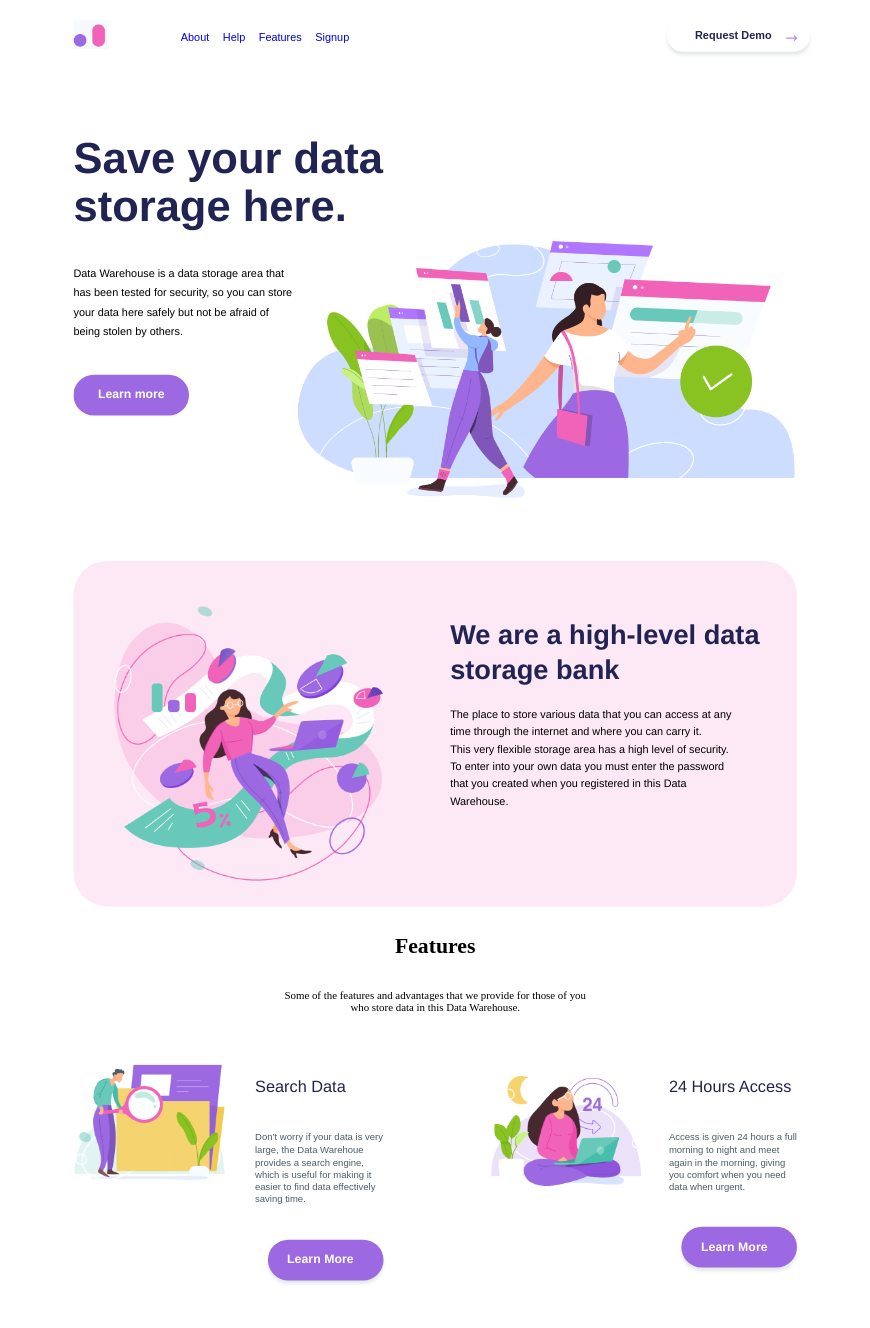
Repository: batonAnton/HW6_flexbox
Page: index.html
These files come from the project's save history. The page is drawn as it stood at one moment and after the next save; the edit follows.
The browser window is 1280 px wide. The pictures show the whole page, at 68% of full size.
Some web fonts or font styles are not loaded; a fallback is used.

Above is the page before, as saved 2022-06-18 13:01:55.

### index.html
<!DOCTYPE html>
<html lang="en">
<head>
    <meta charset="UTF-8">
    <meta http-equiv="X-UA-Compatible" content="IE=edge">
    <meta name="viewport" content="width=device-width, initial-scale=1.0">
    <link href="http://fonts.cdnfonts.com/css/helvetica-neue-9" rel="stylesheet">
    <link rel="stylesheet" href="./fonts/Helvetica-Bold.ttf">
    <link rel="stylesheet" href="./fonts/AvenirLTStd-Black.otf">
    <link rel="stylesheet" href="./css/style.css">
    <title>FlexBox</title>
</head>
<body>
    <header>
        <div class="logo">
            <img src="./images/logo.png" alt="logo">
        </div>

        <nav>
            <ul>
                <li>
                    <a href="#">about</a>
                </li>
                <li>
                    <a href="#">help</a>
                </li>
                <li>
                    <a href="#">features</a>
                </li>
                <li>
                    <a href="#">signup</a>
                </li>
            </ul>
        </nav>

        <div class="header-btn">
            <div>
                <button>request demo</button>
            </div>
            <div class="btn-img">
                <img src="./images/right-arrow.png" alt="arrow-right" >
            </div>
        </div>
    </header>

    <div class="section allstyles">
        <div class="info">
            <h1>Save your data <br> storage here.</h1>
            <p>Data Warehouse is a data storage area that <br>has been
                tested for security, so you can store <br> your data here
                safely but not be afraid of <br> being stolen by others.</p>
            <button>Learn more</button>
        </div>

        <div class="section-img">
            <img src="./images/headerImg.png" alt="">
        </div>
    </div>

    <div class="section2 allstyles">
        <div class="sectin2-img">
            <img src="./images/assideimg.png" alt="assideimg">
        </div>

        <div class="section2-info">
            <h1>We are a high-level data <br> storage bank</h1>
            <p>
                The place to store various data that you can access at any <br> time through the internet  and where you can carry it. <br>
                This very flexible storage area has a high level of security. <br> To enter into your own data you must enter the password <br> that you created when you registered in this Data <br> Warehouse.
            </p>
        </div>
    </div>

    <div class="section3 allstyles">
        <h1 class="section3-header"> Features</h1>
        <p class="section3-header">Some of the features and advantages that we provide for those of you <br> who store data in this Data Warehouse.</p>

        <div class="row1">
            <div class="block">
                <img src="./images/section3/image1 1.png" alt="img">
                <div class="info">
                    <h1>Search Data</h1>
                <p>
                    Don’t worry if your data is very <br> large, the Data Warehoue <br> provides a search engine, <br> which is useful for making it <br> easier to find data effectively <br> saving time.
                </p>

                <div class="header-btn">
                    <div>
                        <button>Learn More</button>
                    </div>
                    <div class="btn-img">
                        <img src="./images/right-arrow.png" alt="arrow-right" >
                    </div>
                </div>
                </div>

            </div>


            <div class="block">
                <img src="./images/section3/image2.png" alt="img">
                <div class="info">
                    <h1>24 Hours Access</h1>
                <p>
                    Access is given 24 hours a full <br> morning to night and
                    meet <br> again in the morning, giving <br> you comfort when
                    you need <br> data when urgent.
                </p>

                <div class="header-btn">
                    <div>
                        <button>Learn More</button>
                    </div>
                    <div class="btn-img">
                        <img src="./images/right-arrow.png" alt="arrow-right" >
                    </div>
                </div>
                </div>

            </div>
        </div>
    </div>
</body>
</html>

### css/style.css
body {
  box-sizing: border-box;
  font-family: "Avenir";
}

.allstyles{
    margin: 70px 100px;
}

header {
  display: flex;
  margin: 30px 100px;
  justify-content: space-between;
  /* border: 1px solid gray; */
 font-family: Arial, Helvetica, sans-serif;
  font-size: 16px;
}


nav {
  margin-right: 40%;
}

nav ul {
  display: flex;
  list-style: none;
  color: #4b5d68;
}

nav ul li a {
  text-decoration: none;
  padding-left: 20px;
  text-transform: capitalize;
}

.header-btn {
  display: flex;
  justify-content: center;
}


.header-btn button {
  padding: 15px 30px 15px 15px;
  text-transform: capitalize;
  border: none;
  border-radius: 50px;
  background: #ffffff;
  box-shadow: 0px 5px 5px rgb(75 93 104 / 15%);
  width: 210px;
  color: #212353;
  font-size: 16px;
  font-weight: 800;
  line-height: 100%;
  letter-spacing: 0.005em;
}

.btn-img {
  margin-left: -35px;
  padding-left: -15px;
  align-self: center;
}

button img {
  padding-top: 5px;
  margin-left: 5px;
}

button:hover {
  border: 1px solid rgba(156, 105, 226, 1);
  text-decoration: underline;
}

.section {
  display: flex;
  position: relative;
  height: 600px;
  overflow: hidden;
}


.info {
  width: 50%;
}

.section h1 {
  font-style: normal;
  font-weight: 700;
  font-size: 4rem;
  line-height: 110%;
  font-family: "Helvetica Neue", sans-serif;
  color:#212353;
  font-weight: 700;
}



.section p {
  font-family: 'Avenir', Helvetica, sans-serif;
  font-style: normal;
  font-weight: 500;
  font-size: 16px;
  line-height: 28px;
  margin-top: 50px;
  margin-bottom: 50px;
}

.section-img {
  position: absolute;
  bottom: 1%;
  right: -13%;
}
.section-img img {
  width: 84%;
}

.info button{
    font-family: 'Avenir', Helvetica, sans-serif;
    font-style: normal;
    font-weight: 700;
    font-size: 18px;
    line-height: 160%;
    background-color: #9C69E2;
    border-radius: 50px;
    color: #ffffff;
    width: 170px;
    height: 60px;
    border: none;
    cursor: pointer;
}


.section2{
    display: flex;
    justify-content: space-between;
    background: rgba(240, 99, 184, 0.15);
    border-radius: 50px;
    font-family: 'Avenir', Helvetica, sans-serif;
}

.section2 h1{
    font-style: normal;
    font-weight: 700;
    font-size: 40px;
    line-height: 130%;
    color: #212353;
}

.section2 p{
    font-family: 'Avenir', Helvetica, sans-serif;
font-style: normal;
font-weight: 400;
font-size: 16px;
line-height: 160%;
}

.section2-info{
    padding:55px;
}


.section3-header{
    text-align: center;
    margin: -30px 0 75px 0;
}

.row1{
    display: flex;
    justify-content: space-between;
}

.row1 .block img{
    float: left;
}

.section3 .info{
  float: right;
  width: auto;
  margin-left: 35px;
}

.section3 .info h1{
  font-family: 'Helvetica';
font-style: normal;
font-weight: 400;
font-size: 24px;
line-height: 130%;
color: #212353;
}

.section3 .info p{
  font-family: 'Avenir',  sans-serif;
font-style: normal;
font-weight: 200;
font-size: 14px;
line-height: 130%;
color: #4B5D68;
margin-top: 50px;
margin-bottom: 50px;
}

.section3 .section3-btn button{
  padding:0;
  color: #212353;

}

After the next save:
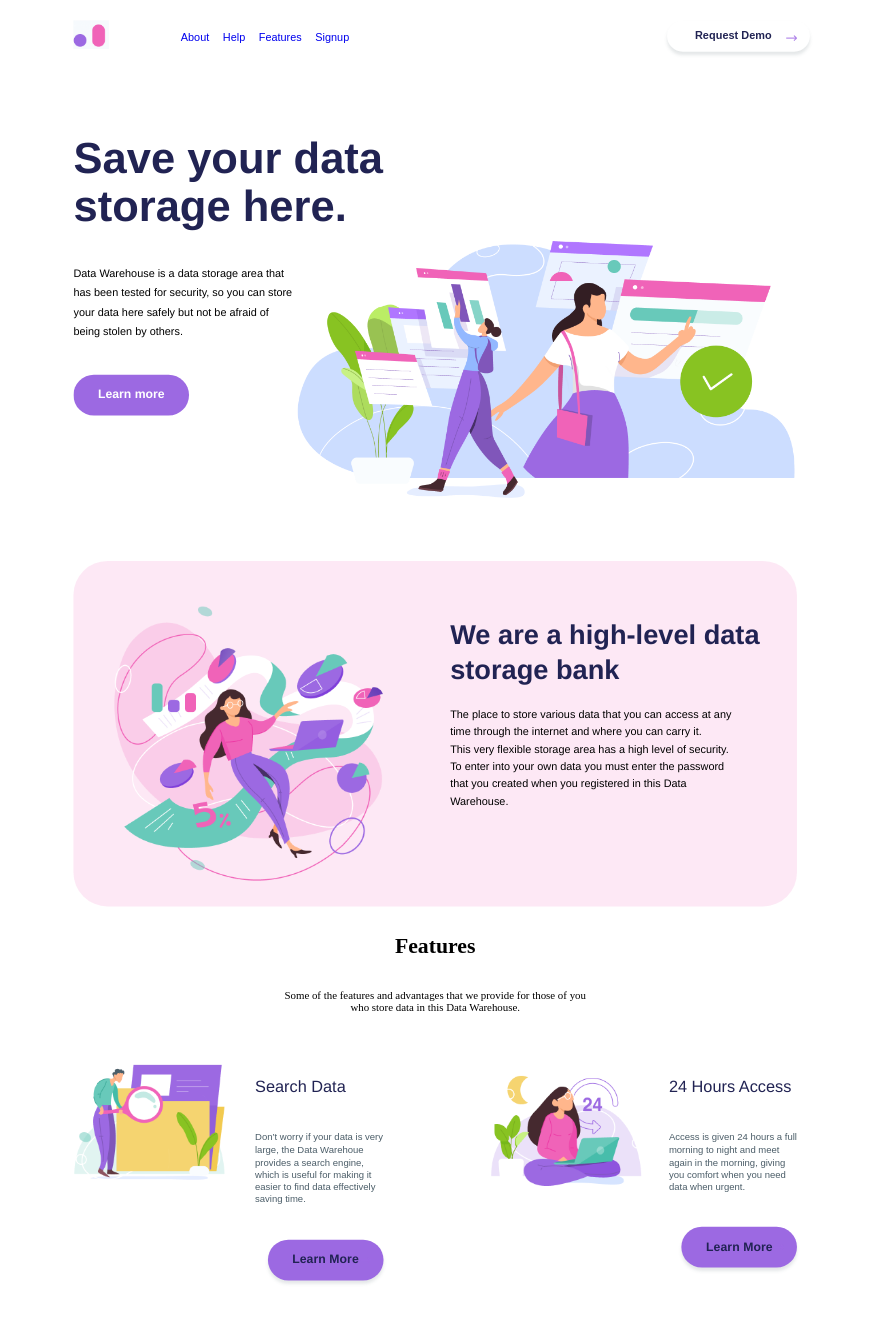
Saved 119 s later.
--- a/index.html
+++ b/index.html
@@ -84,7 +84,7 @@
                     Don’t worry if your data is very <br> large, the Data Warehoue <br> provides a search engine, <br> which is useful for making it <br> easier to find data effectively <br> saving time.
                 </p>
 
-                <div class="header-btn">
+                <div class="header-btn section3-btn">
                     <div>
                         <button>Learn More</button>
                     </div>
@@ -107,7 +107,7 @@
                     you need <br> data when urgent.
                 </p>
 
-                <div class="header-btn">
+                <div class="header-btn section3-btn">
                     <div>
                         <button>Learn More</button>
                     </div>
